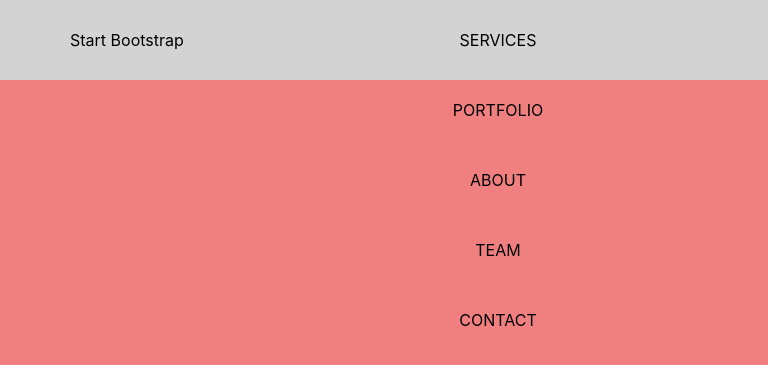
Repository: ooter37/media-queries-afternoon
Page: / (app in portfolio-clone/)
The author's editor kept a copy of each file at every save. The page is drawn from the files as they stood at one save, then again after the next save.
The browser window is 768 px wide. The pictures show the whole page.
The project was rebuilt for these pictures with package versions that can differ from the ones it lists, and the page was loaded fresh each time.

Above is the page before, as saved 2020-04-13 13:43:49.

After the next save:
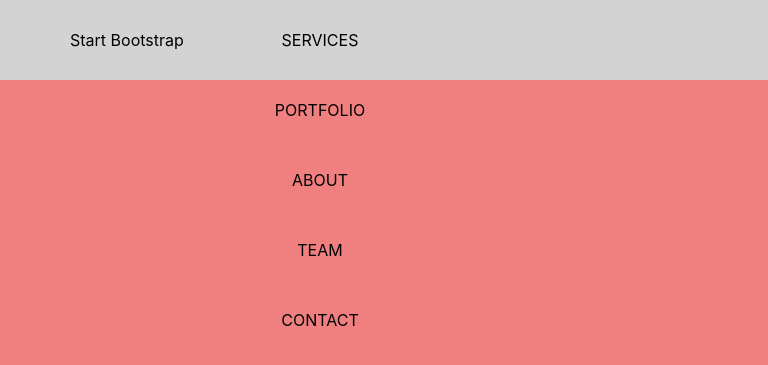
Saved 6 s later.
--- a/portfolio-clone/src/App.css
+++ b/portfolio-clone/src/App.css
@@ -40,5 +40,6 @@ body {
     min-width: 300px;
     height: 300px;
     position: fixed;
+    left: 70px;
   }
 }
